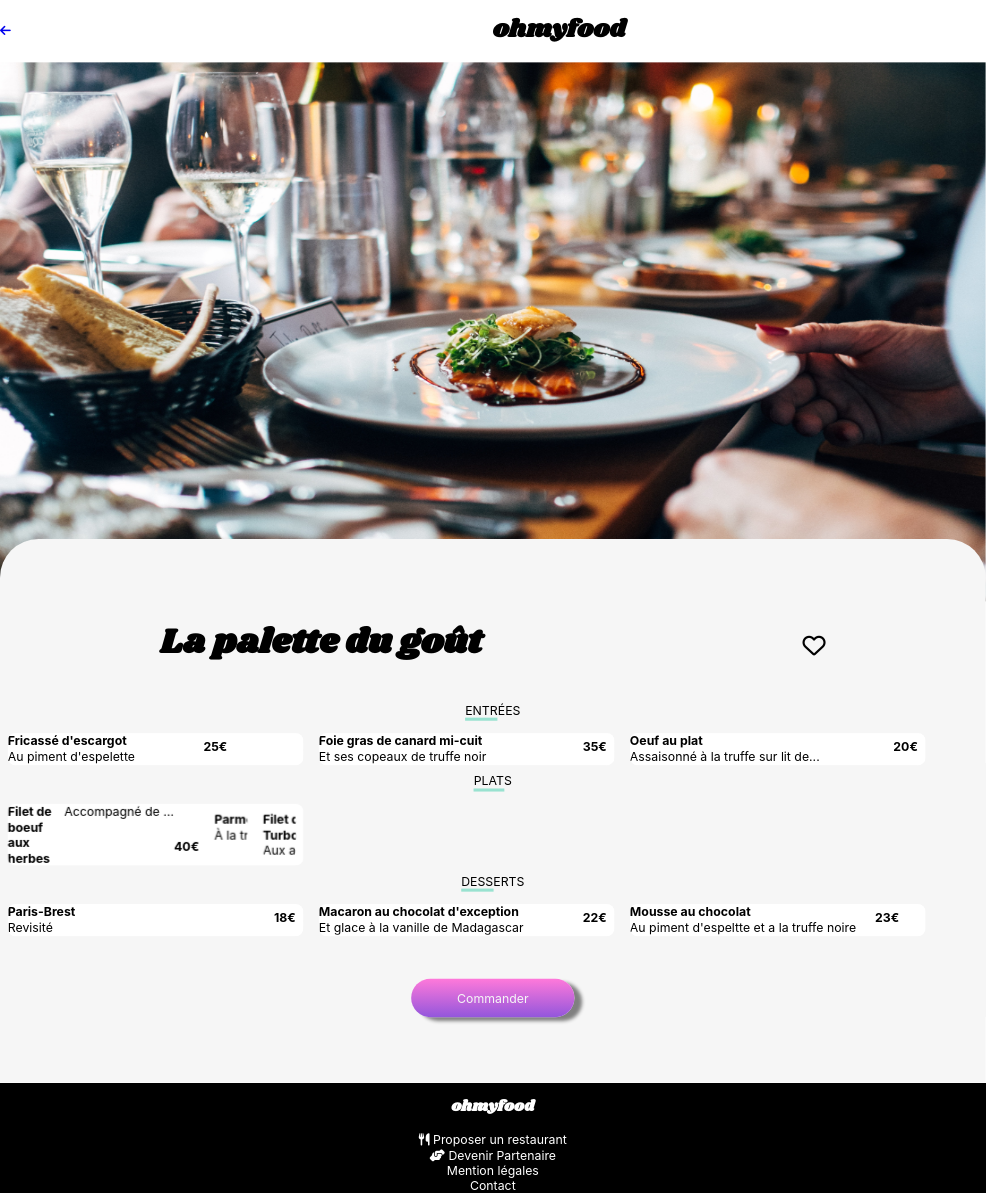
Repository: yacinebouk/ohmyfood
Page: palette.html
An editor plug-in stored every save of this project. The page is shown before and after the next save, followed by the edit.
The browser window is 1280 px wide. The pictures show the whole page, at 77% of full size.
Some web libraries are served in a nearby version. The style sheet was rebuilt from its Sass, Less or Tailwind sources for each picture, by a compiler version that may differ from the author's.

Above is the page before, as saved 2022-06-28 13:25:36.

After the next save:
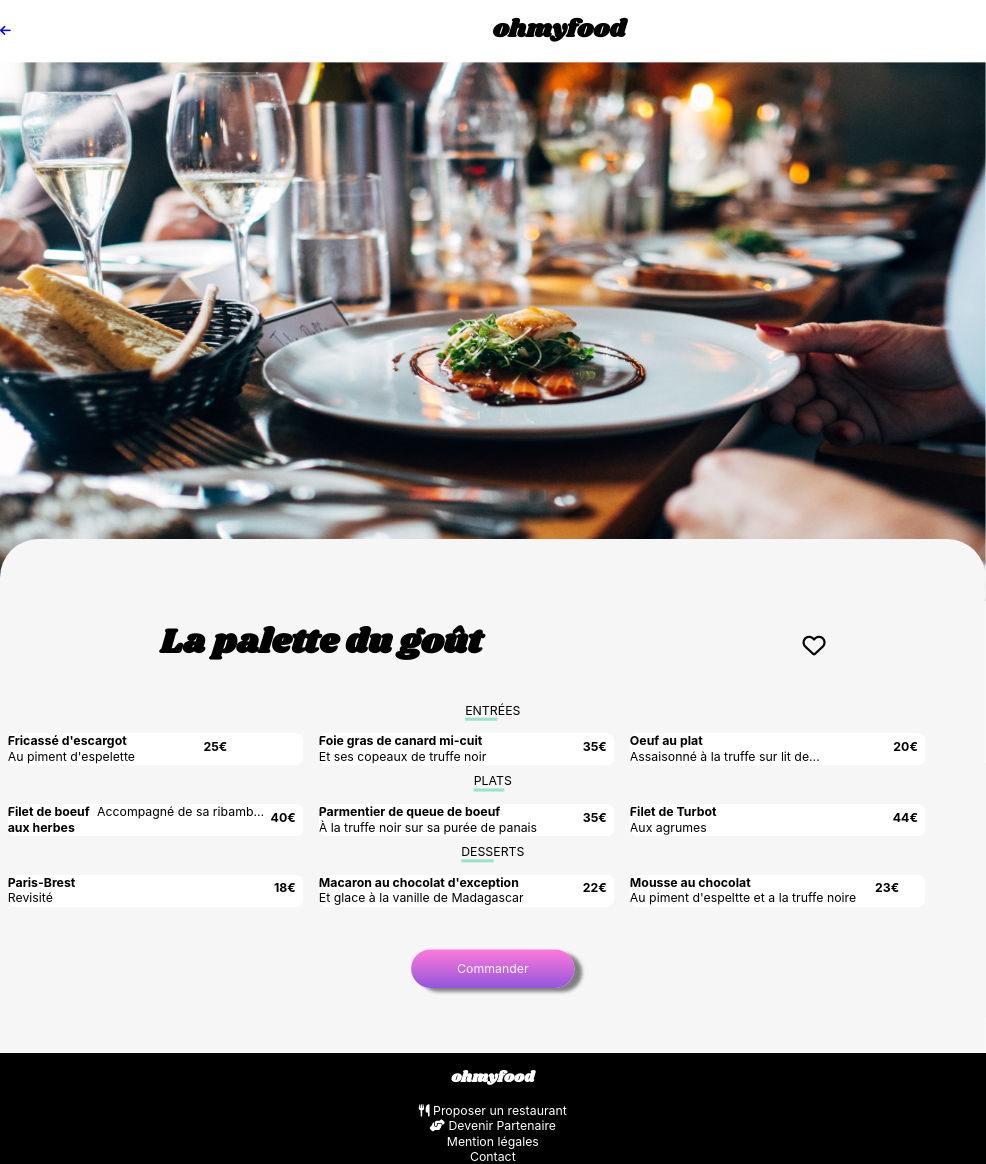
Saved 14 s later.
--- a/palette.html
+++ b/palette.html
@@ -68,67 +68,68 @@
                                 <div class="price"><b>40€</b></div>
                                 <div class="icon-slide"><i class="fa-solid fa-circle-check"></i></div>
                             </div>
-                            <div class="border">
-                                <div class="text">
-                                    <div class="major"><b>Parmentier de queue de boeuf</b></div>
-                                    <div class="flavors">À la truffe noir sur sa purée de panais</div>
-                                </div>
-                                <div class="block-price">
-                                    <div class="price"><b>35€</b></div>
-                                    <div class="icon-slide"><i class="fa-solid fa-circle-check"></i></div>
-                                </div>
-                            </div>
-                            <div class="border">
-                                <div class="text">
-                                    <div class="major"><b>Filet de Turbot</b></div>
-                                    <div class="flavors">Aux agrumes</div>
-                                </div>
-                                <div class="block-price">
-                                    <div class="price"><b>44€</b></div>
-                                    <div class="icon-slide"><i class="fa-solid fa-circle-check"></i></div>
-                                </div>
-                            </div>
                         </div>
-                    </div>
-                </div>
-                <div class="dessert">
-                    <div class="tittle"><span>DESS</span>ERTS</div>
-                    <div class="block">
                         <div class="border">
                             <div class="text">
-                                <div class="major"><b>Paris-Brest</b></div>
-                                <div class="flavors">Revisité</div>
+                                <div class="major"><b>Parmentier de queue de boeuf</b></div>
+                                <div class="flavors">À la truffe noir sur sa purée de panais</div>
                             </div>
                             <div class="block-price">
-                                <div class="price"><b>18€</b></div>
+                                <div class="price"><b>35€</b></div>
                                 <div class="icon-slide"><i class="fa-solid fa-circle-check"></i></div>
                             </div>
                         </div>
                         <div class="border">
                             <div class="text">
-                                <div class="major"><b>Macaron au chocolat d'exception</b></div>
-                                <div class="flavors">Et glace à la vanille de Madagascar</div>
+                                <div class="major"><b>Filet de Turbot</b></div>
+                                <div class="flavors">Aux agrumes</div>
                             </div>
                             <div class="block-price">
-                                <div class="price"><b>22€</b></div>
-                                <div class="icon-slide"><i class="fa-solid fa-circle-check"></i></div>
-                            </div>
-                        </div>
-                        <div class="border">
-                            <div class="text">
-                                <div class="major"><b>Mousse au chocolat</b></div>
-                                <div class="flavors">Au piment d'espeltte et a la truffe noire</div>
-                            </div>
-                            <div class="price"><b>23€</b></div>
-                            <div class="block-price">
+                                <div class="price"><b>44€</b></div>
                                 <div class="icon-slide"><i class="fa-solid fa-circle-check"></i></div>
                             </div>
                         </div>
                     </div>
                 </div>
-                <div class="order">
-                    <span>Commander</span>
+            </div>
+            <div class="dessert">
+                <div class="tittle"><span>DESS</span>ERTS</div>
+                <div class="block">
+                    <div class="border">
+                        <div class="text">
+                            <div class="major"><b>Paris-Brest</b></div>
+                            <div class="flavors">Revisité</div>
+                        </div>
+                        <div class="block-price">
+                            <div class="price"><b>18€</b></div>
+                            <div class="icon-slide"><i class="fa-solid fa-circle-check"></i></div>
+                        </div>
+                    </div>
+                    <div class="border">
+                        <div class="text">
+                            <div class="major"><b>Macaron au chocolat d'exception</b></div>
+                            <div class="flavors">Et glace à la vanille de Madagascar</div>
+                        </div>
+                        <div class="block-price">
+                            <div class="price"><b>22€</b></div>
+                            <div class="icon-slide"><i class="fa-solid fa-circle-check"></i></div>
+                        </div>
+                    </div>
+                    <div class="border">
+                        <div class="text">
+                            <div class="major"><b>Mousse au chocolat</b></div>
+                            <div class="flavors">Au piment d'espeltte et a la truffe noire</div>
+                        </div>
+                        <div class="price"><b>23€</b></div>
+                        <div class="block-price">
+                            <div class="icon-slide"><i class="fa-solid fa-circle-check"></i></div>
+                        </div>
+                    </div>
                 </div>
+            </div>
+            <div class="order">
+                <span>Commander</span>
+            </div>
         </section>
         <footer>
             <div class="frame-end">
